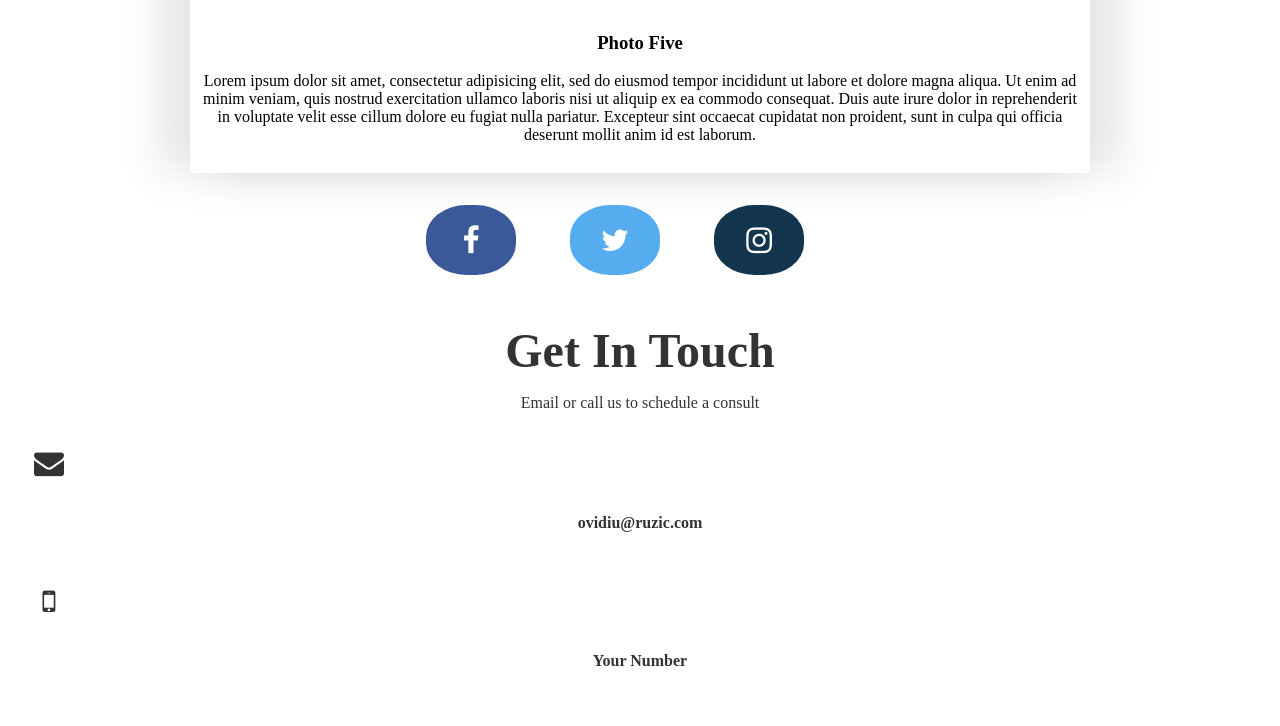
Repository: konstantin0s/mobile-photography
Page: index.html
An editor plug-in stored every save of this project. The page is shown before and after the next save, followed by the edit.
The browser window is 1280 px wide. The pictures show the part of the page from y = 4062 to 4788 px (the page is 4788 px tall).

Above is the page before, as saved 2019-05-11 15:05:06.

### index.html
<!DOCTYPE html>
<html lang="en" dir="ltr">
  <head>
    <meta charset="utf-8">
    <meta name="viewport" content="width=device-width, initial-scale=1.0">
    <meta http-equiv="X-UA-Compatible" content="ie=edge">
    <link rel="stylesheet" href="https://cdnjs.cloudflare.com/ajax/libs/font-awesome/4.7.0/css/font-awesome.min.css">
    <link rel="stylesheet" href="css/style.css">

    <title>Mobile Photography</title>
  </head>
  <body>
<main>
  <div id="landing" class="">
    <div id="landing-text" class="">
      <div id="landing-text-inner" class="">
       <img id="logo" src="img/logos.png" />
       <h1>Photography</h1>
        <a href="#images" class="btn" id="view-work">
          View Work
        </a>
      </div>
    </div>
    <div id="landing-image" class="">

    </div>
  </div>

  <div id="images" class="">
<div id="header">
  <h2>Our Work</h2>
</div>
<img src="https://source.unsplash.com/1600x900/?nature,water" alt="">
<div class="caption">
  <h3>Photo One</h3>
  <p>
    Lorem ipsum dolor sit amet, consectetur adipisicing elit, sed do eiusmod tempor incididunt ut labore et dolore magna aliqua. Ut enim ad minim veniam, quis nostrud exercitation ullamco laboris nisi ut aliquip ex ea commodo consequat. Duis aute irure dolor in reprehenderit in voluptate velit esse cillum dolore eu fugiat nulla pariatur. Excepteur sint occaecat cupidatat non proident, sunt in culpa qui officia deserunt mollit anim id est laborum.

  </p>
</div>

<img src="https://source.unsplash.com/1600x900/?nature,clouds" alt="">
<div class="caption">
  <h3>Photo Two</h3>
  <p>
    Lorem ipsum dolor sit amet, consectetur adipisicing elit, sed do eiusmod tempor incididunt ut labore et dolore magna aliqua. Ut enim ad minim veniam, quis nostrud exercitation ullamco laboris nisi ut aliquip ex ea commodo consequat. Duis aute irure dolor in reprehenderit in voluptate velit esse cillum dolore eu fugiat nulla pariatur. Excepteur sint occaecat cupidatat non proident, sunt in culpa qui officia deserunt mollit anim id est laborum.

  </p>
</div>

<img src="https://source.unsplash.com/1600x900/?nature,animals" alt="">
<div class="caption">
  <h3>Photo Three</h3>
  <p>
    Lorem ipsum dolor sit amet, consectetur adipisicing elit, sed do eiusmod tempor incididunt ut labore et dolore magna aliqua. Ut enim ad minim veniam, quis nostrud exercitation ullamco laboris nisi ut aliquip ex ea commodo consequat. Duis aute irure dolor in reprehenderit in voluptate velit esse cillum dolore eu fugiat nulla pariatur. Excepteur sint occaecat cupidatat non proident, sunt in culpa qui officia deserunt mollit anim id est laborum.

  </p>
</div>

<img src="https://source.unsplash.com/1600x900/?nature,trees" alt="">
<div class="caption">
  <h3>Photo Four/h3>
  <p>
    Lorem ipsum dolor sit amet, consectetur adipisicing elit, sed do eiusmod tempor incididunt ut labore et dolore magna aliqua. Ut enim ad minim veniam, quis nostrud exercitation ullamco laboris nisi ut aliquip ex ea commodo consequat. Duis aute irure dolor in reprehenderit in voluptate velit esse cillum dolore eu fugiat nulla pariatur. Excepteur sint occaecat cupidatat non proident, sunt in culpa qui officia deserunt mollit anim id est laborum.

  </p>
</div>

<img src="https://source.unsplash.com/1600x900/?nature,flowers" alt="">
<div class="caption">
  <h3>Photo Five</h3>
  <p>
    Lorem ipsum dolor sit amet, consectetur adipisicing elit, sed do eiusmod tempor incididunt ut labore et dolore magna aliqua. Ut enim ad minim veniam, quis nostrud exercitation ullamco laboris nisi ut aliquip ex ea commodo consequat. Duis aute irure dolor in reprehenderit in voluptate velit esse cillum dolore eu fugiat nulla pariatur. Excepteur sint occaecat cupidatat non proident, sunt in culpa qui officia deserunt mollit anim id est laborum.

  </p>
</div>

  </div>

</main>

<footer>
    <a href="#" class="fa fa-facebook"></a>
    <a href="#" class="fa fa-twitter"></a>
    <a href="#" class="fa fa-instagram"></a>

  <h3>Get In Touch</h3>
  <p>Email or call us to schedule a consult</p>
 <div class="container">
    <i class="fa fa-envelope fa-5x" aria-hidden="true"></i
      ><p><strong>ovidiu@ruzic.com</strong>
    </p> <br />
    <i class="fa fa-mobile fa-5x" aria-hidden="true"></i>
     <p> <strong>Your Number</strong></p>
 </div>
</footer>
<script
src="https://code.jquery.com/jquery-3.3.1.min.js"
integrity="sha256-FgpCb/KJQlLNfOu91ta32o/NMZxltwRo8QtmkMRdAu8="
crossorigin="anonymous"></script>
<script type="text/javascript" src="js/main.js">

</script>
  </body>
</html>

### css/style.css
import url('https://fonts.googleapis.com/css?family=Open+Sans');

body {
  font-family: 'Open Sans', sans-serif;
  margin: 0;
  background-color: #eee;
  height: auto;
}

h1{
  font-weight: 400;
  font-size: 2.5rem;
  text-transform: uppercase;
  margin: 0;
  border-bottom: 1px solid black;
  top: -90px;
  position: relative;
}

h2 {
  font-weight: 400;
  font-size: 1.2rem;
  text-transform: capitalize;
  margin: 0;
}

img {
  display: block;
  width: 100%;
}

#logo {
  top: -80px;
  position: relative;
}

main {
  max-width: 900px;
  margin: auto;
  box-shadow: 30px 0px 40px rgba(0,0,0,0.1), -30px 0px 40px rgba(0,0,0,0.1);
}

#landing {
  background: #fff;
  }

#landing-text {
display: flex;
flex: 0 1 40vw;
height: 50vh;
justify-content: center;
align-items: center;
text-align: center;
padding-right: 1rem;
padding-left: 1rem;
}

#landing-text h2 {
  color: #888;
}
.btn {
  padding: 0.5rem 2rem;
  border: 1px #ccc solid;
  display: inline-block;
  margin: 2rem 0 0;
  border-radius: 50px;
  text-decoration: none;
  color: #333;
  transition: background 500ms ease;
}

#landing-image {
  background: url(https://source.unsplash.com/De8wMYoSSBc);
  background-position: center;
  background-size: cover;
  background-repeat: no-repeat;
  height: 50vh;
  flex: 0 1 60vw;
  margin: 0;
}

.btn:hover {
  background: #f4f4f4;
}

#header {
  padding: 1.5rem;
  text-align: center;
  background: #333;
  color: #fff;
}

#header h2 {
  border-left: dotted 1px #fff;
  border-right: dotted 1px #fff;
display: inline-block;
padding-right: 1rem;
padding-left: 1rem;
}

.caption {
  padding: 0.8rem;
  text-align: center;
}

footer {
  text-align: center;
  padding: 2rem 1rem;
  margin: auto;
  color: #333;
}

footer h3 {
  font-size: 3rem;
  margin-bottom: 0;
}

.fa {
  padding: 20px;
  margin-right: 50px;
  font-size: 30px;
  width: 50px;
  text-align: center;
  text-decoration: none;
  border-radius: 45%;
}

/* Add a hover effect if you want */
.fa:hover {
  opacity: 0.7;
}

/* Set a specific color for each brand */

/* Facebook */
.fa-facebook {
  background: #3B5998;
  color: white;
}

/* Twitter */
.fa-twitter {
  background: #55ACEE;
  color: white;
}

/* Instagram */
.fa-instagram {
  background: rgb(19, 53, 78);
  color: white;
}

/* Email & Phone*/

.fa-envelope {
  position: relative;
  left:-20px;
  height: 30px;
}

.fa-mobile {
position: relative;
left:-20px;
height: 30px;
}

.container {
  display: flex;
 flex-direction: column;
}

/* Screen size 500px and up*/
@media(min-width: 500px) {
  #landing {
    display: flex;
    height: 100%;
  }
  #landing-text {
    height: 100vh;
  }
  #landing-image {
    height: 100vh;
  }
}

/* Screen size 700px and up*/
@media(min-width: 700px) {
  .btn {
    padding: 1rem 3rem;
  }
}

/* Screen size 700px and up*/
@media(max-width: 500px) {
  .btn {
    padding: 1rem 3rem;
  }


  #logo {
    display: flex;
    width: 200px;
    height: 150px;
    flex-direction: column;
    top: -30px;
    position: relative;
  }

  h1 {

    flex-direction: column;
    top: -20px;
  font-size: 28px;
  border-bottom: 1px solid black;
  }
}

### js/main.js
//animate smooth scroll
$('#view-work').on('click', function() {
  const images = $('#images').position().top;

  $('html, body').animate({
    scrollTop: images
  }, 900)
});

After the next save:
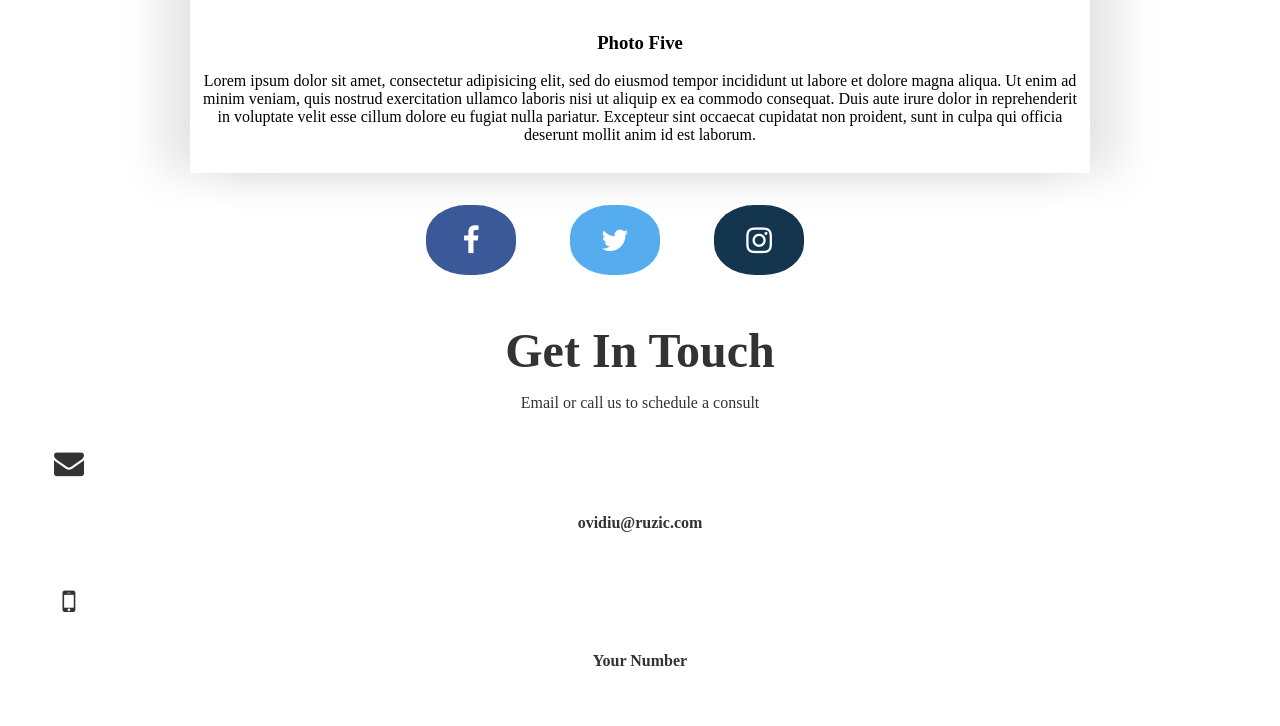
Saved 13 s later.
--- a/css/style.css
+++ b/css/style.css
@@ -153,15 +153,15 @@ footer h3 {
 /* Email & Phone*/
 
 .fa-envelope {
-  position: relative;
+  /* position: relative;
   left:-20px;
-  height: 30px;
+  height: 30px; */
 }
 
 .fa-mobile {
-position: relative;
+/* position: relative;
 left:-20px;
-height: 30px;
+height: 30px; */
 }
 
 .container {
